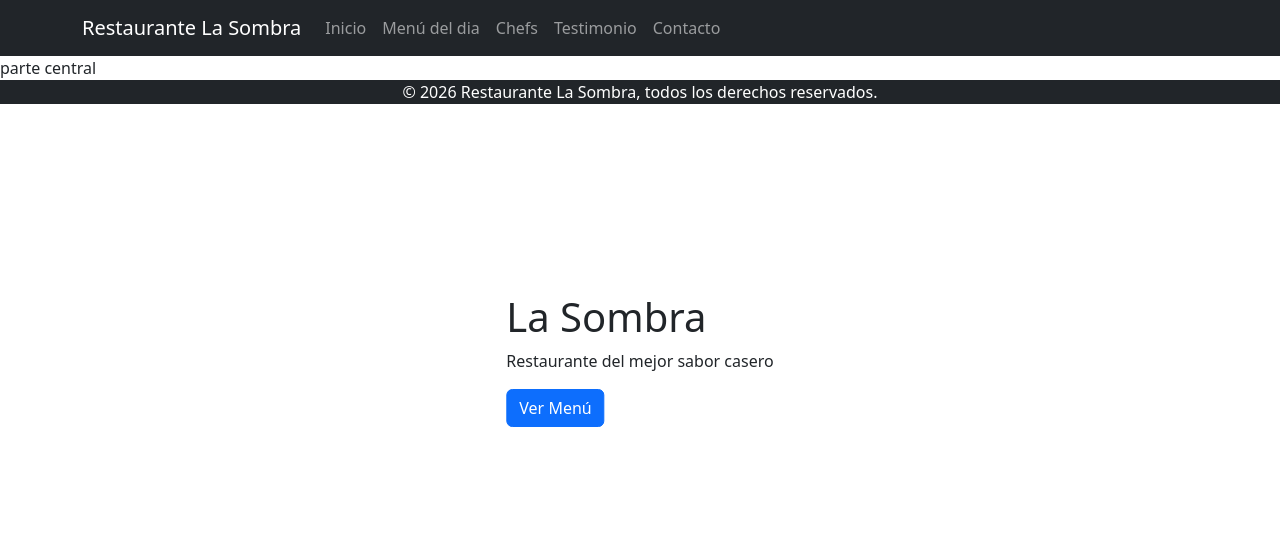
Repository: salextros/Restaurant-Project-PHP-MySQL
Page: http://localhost/
The author's editor kept a copy of each file at every save. The page is drawn from the files as they stood at one save, then again after the next save.
The browser window is 1280 px wide. The pictures show the whole page.
The page is run by PHP 8.4 with error messages shown; the project is at /var/www/html/.

Above is the page before, as saved 2026-01-08 12:19:57.

### restaurant/index.php
<!doctype html>
<html lang="en">
    <head>
        <title>Title</title>
        <!-- Required meta tags -->
        <meta charset="utf-8" />
        <meta
            name="viewport"
            content="width=device-width, initial-scale=1, shrink-to-fit=no"
        />

        <!-- Bootstrap CSS v5.2.1 -->
        <link
            href="https://cdn.jsdelivr.net/npm/bootstrap@5.3.2/dist/css/bootstrap.min.css"
            rel="stylesheet"
            integrity="sha384-T3c6CoIi6uLrA9TneNEoa7RxnatzjcDSCmG1MXxSR1GAsXEV/Dwwykc2MPK8M2HN"
            crossorigin="anonymous"
        />
    </head>

    <body>




    <nav class="navbar navbar-expand-lg navbar-dark bg-dark">
    <div class="container">

    <a class="navbar-brand" href="#">Restaurante La Sombra</a>

    <button class="navbar-toggler" type="button" data-bs-toggle="collapse" data-bs-target="#navbarNav" aria-controls="navbarNav" aria-expanded="false" aria-label="Toggle navigation">
        <span class="navbar-toggler-icon"></span>
       </button>

        <div class="collapse navbar-collapse" id="navbarNav">
             <ul class="nav navbar-nav ml-auto">

                 <li class="nav-item">
                     <a class="nav-link" href="#inicio">Inicio</a>
                 </li>

                 </li>
                 <li class="nav-item">
                    <a class="nav-link" href="#menu">Menú del dia</a>
                 </li>

                 </li>
                 <li class="nav-item">
                    <a class="nav-link" href="#chefs">Chefs</a>
                 </li>

                  </li>
                 <li class="nav-item">
                    <a class="nav-link" href="#testimonio">Testimonio</a>
                 </li>

                  </li>
                 <li class="nav-item">
                    <a class="nav-link" href="#contacto">Contacto</a>
                 </li>

             </ul>
        </div>
    </div>
    </nav>

    <section id="banner" class="container-fluid p-0">
        <div class="banner-img" style="position: absolute; top:50%; left:50%; transform: translate(-50%, -50%);">
            <div class="banner-text">

                <h1>La Sombra</h1>
                <p>Restaurante del mejor sabor casero</p>
                <a href="#menu" class="btn btn-primary">Ver Menú</a>
            </div>

    </div>


    </section>



        <header>
            <!-- place navbar here -->
        </header>
        <main>
            parte central


        </main>






        <footer class="bg-dark text-white text-center">
            <!-- place footer here -->

            <p> &copy; 2026 Restaurante La Sombra, todos los derechos reservados.</p>

        </footer>
        <!-- Bootstrap JavaScript Libraries -->
        <script
            src="https://cdn.jsdelivr.net/npm/@popperjs/core@2.11.8/dist/umd/popper.min.js"
            integrity="sha384-I7E8VVD/ismYTF4hNIPjVp/Zjvgyol6VFvRkX/vR+Vc4jQkC+hVqc2pM8ODewa9r"
            crossorigin="anonymous"
        ></script>

        <script
            src="https://cdn.jsdelivr.net/npm/bootstrap@5.3.2/dist/js/bootstrap.min.js"
            integrity="sha384-BBtl+eGJRgqQAUMxJ7pMwbEyER4l1g+O15P+16Ep7Q9Q+zqX6gSbd85u4mG4QzX+"
            crossorigin="anonymous"
        ></script>
    </body>
</html>

After the next save:
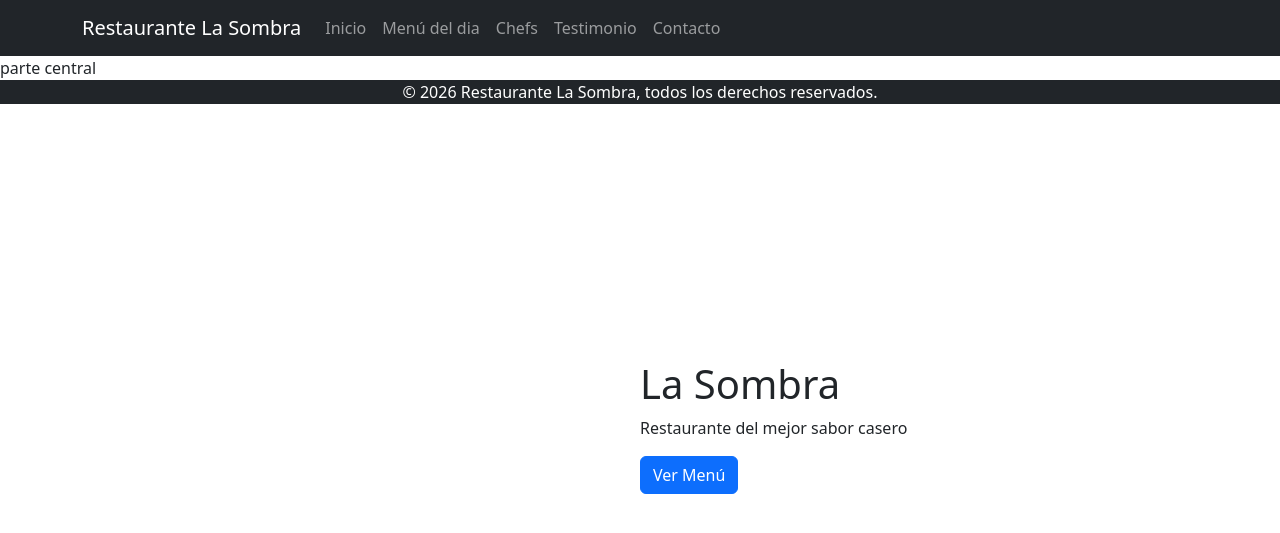
Saved 72 s later.
--- a/restaurant/index.php
+++ b/restaurant/index.php
@@ -65,8 +65,8 @@
     </nav>
 
     <section id="banner" class="container-fluid p-0">
-        <div class="banner-img" style="position: absolute; top:50%; left:50%; transform: translate(-50%, -50%);">
-            <div class="banner-text">
+        <div class="banner-img" >
+            <div class="banner-text" style="position: absolute; top:50%; left:50%;">
 
                 <h1>La Sombra</h1>
                 <p>Restaurante del mejor sabor casero</p>
